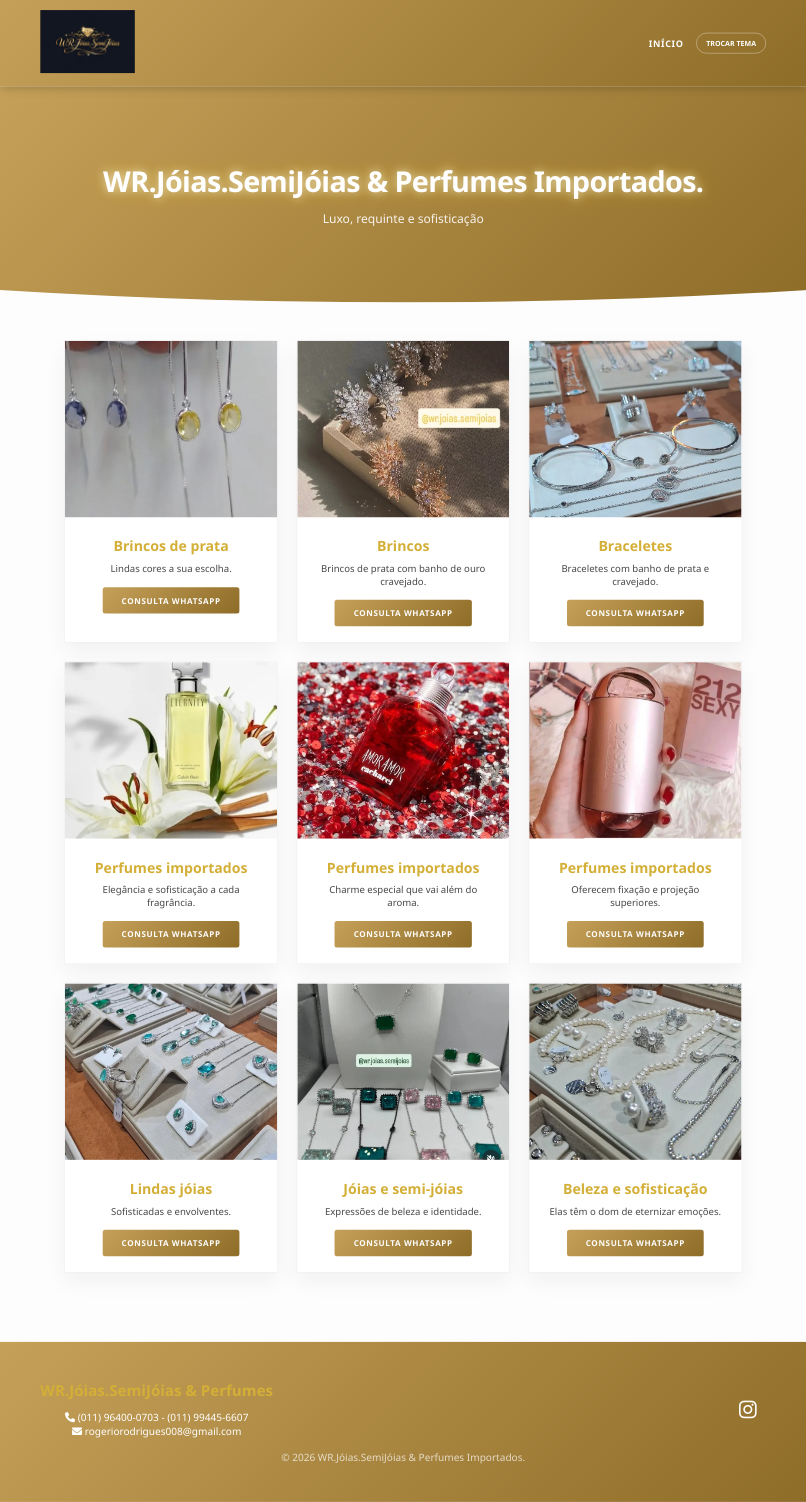
Repository: Sandro1969-tech/joias-perfumes
Page: index.html
These files come from the project's save history. The page is drawn as it stood at one moment and after the next save; the edit follows.
The browser window is 1280 px wide. The pictures show the whole page, at 63% of full size.

Above is the page before, as saved 2026-01-28 18:19:45.

### index.html
<!DOCTYPE html>
<html lang="pt-br">
<head>
    <meta charset="UTF-8">
    <meta name="viewport" content="width=device-width, initial-scale=1.0">
    <title>WR.Jóias.SemiJóias & Perfumes Importados</title>
    <link rel="stylesheet" href="https://cdnjs.cloudflare.com/ajax/libs/font-awesome/6.0.0/css/all.min.css">
    <link rel="shortcut icon" href="assets/image/icone.png" type="image/x-icon">

    <style>
      :root {
        /* PALETA LUXO MODERNA */
        --primary-gradient: linear-gradient(135deg, #c5a059, #8e6d28); /* Dourado Champagne */
        --bg-color: #fdfdfd;
        --text-color: #1a1a1a;
        --card-bg: #ffffff;
        --accent-color: #d4af37;
        --button-hover: #1a1a1a;
      }

        [data-theme="dark"] {
            --bg-color: #0a0a0a;
            --text-color: #e5e5e5;
            --card-bg: #141414;
            --accent-color: #f3cf7a;
            --primary-gradient: linear-gradient(135deg, #2c2c2c, #000000);
        }

        /* RESET E GERAL */
        * {
            margin: 0; padding: 0; box-sizing: border-box;
            transition: background 0.4s ease, color 0.4s ease;
            font-family: 'Segoe UI', Tahoma, sans-serif;
        }

        body {
            background-color: var(--bg-color);
            color: var(--text-color);
        }

        /* HEADER E MENU */
        header {
            background: var(--primary-gradient);
            padding: 1rem 5%;
            display: flex;
            justify-content: space-between;
            align-items: center;
            position: sticky; top: 0; z-index: 1000;
            box-shadow: 0 4px 15px rgba(0,0,0,0.2);
        }

        .hero h1 {
          animation: pulse 1.5s infinite, glow 2s infinite;
        }

        /* Efeito de pulsar (escala) */
        @keyframes pulse {
          0% { transform: scale(1); }
          50% { transform: scale(1.02); }
          100% { transform: scale(1); }
        }

        /* Efeito de brilho pulsante moderno */
        @keyframes glow {
          0% { text-shadow: 0 0 5px rgba(255,255,255,0.3), 0 0 10px var(--accent-color); }
          50% { text-shadow: 0 0 15px rgba(255,255,255,0.6), 0 0 25px var(--accent-color); }
          100% { text-shadow: 0 0 5px rgba(255,255,255,0.3), 0 0 10px var(--accent-color); }
        }

        .logo img { height: 100px; }

        .nav-container { display: flex; align-items: center; gap: 20px; }

        .nav-links { display: flex; list-style: none; gap: 20px; }

        .nav-links a {
            color: white; text-decoration: none; font-weight: bold;
            transition: 0.3s;
            text-transform: uppercase;
            letter-spacing: 1px;
            font-size: 0.9rem;
        }
        .nav-links a:hover { color: var(--accent-color); }

        /* BOTÃO TEMA */
        #theme-toggle {
            background: rgba(255, 255, 255, 0);
            border: 1px solid rgba(255,255,255,0.5);
            color: white;
            padding: 8px 15px;
            border-radius: 20px;
            cursor: pointer;
            font-weight: bold;
            text-transform: uppercase;
            font-size: 0.7rem;
        }

        /* HERO SECTION */
        .hero {
            text-align: center;
            padding: 120px 20px;
            background: var(--primary-gradient);
            color: white;
            clip-path: ellipse(150% 100% at 50% 0%);
        }

        .hero h1 { font-size: 2.8rem; margin-bottom: 15px; letter-spacing: -1px; }
        .hero p { opacity: 0.9; font-weight: 300; font-size: 1.2rem; }

        /* GRID DE 3 COLUNAS */
        .destinos-container {
            display: grid;
            grid-template-columns: repeat(3, 1fr);
            gap: 30px;
            padding: 60px 8%;
            max-width: 1400px;
            margin: 0 auto;
        }

        .card {
            background: var(--card-bg);
            border-radius: 2px; /* Bordas mais retas passam mais luxo */
            overflow: hidden;
            box-shadow: 0 15px 35px rgba(0,0,0,0.05);
            border: 1px solid rgba(0,0,0,0.05);
            transition: transform 0.4s ease, box-shadow 0.4s ease;
        }

        .card:hover {
            transform: translateY(-12px);
            box-shadow: 0 20px 40px rgba(0,0,0,0.1);
        }

        .card img { width: 100%; height: 280px; object-fit: cover; }

        .card-content { padding: 25px; text-align: center; }
        .card-content h3 { margin-bottom: 10px; color: var(--accent-color); font-size: 1.4rem; }
        .card-content p { font-size: 0.95rem; opacity: 0.8; }

        /* BOTÕES */
        .btn-reserva {
            display: inline-block;
            margin-top: 20px;
            padding: 12px 30px;
            background: var(--primary-gradient);
            color: white;
            text-decoration: none;
            border-radius: 4px;
            font-weight: bold;
            text-transform: uppercase;
            font-size: 0.8rem;
            letter-spacing: 1px;
            transition: all 0.4s cubic-bezier(0.175, 0.885, 0.32, 1.275);
        }

        .btn-reserva:hover {
            background: var(--button-hover);
            transform: scale(1.05);
            box-shadow: 0 8px 20px rgba(142, 109, 40, 0.3);
        }

        /* RODAPÉ */
        footer {
            background: var(--primary-gradient);
            color: white;
            padding: 60px 5%;
            text-align: center;
            margin-top: 50px;
        }

        .footer-content {
            display: flex; justify-content: space-between;
            align-items: center; flex-wrap: wrap; gap: 30px;
        }

        .footer-info h2 { font-size: 1.5rem; margin-bottom: 15px; color: var(--accent-color); }

        .social-icon {
            color: white; font-size: 2rem; margin: 0 15px;
            transition: 0.4s; display: inline-block;
        }
        .social-icon:hover { transform: translateY(-8px); color: var(--accent-color); }

        /* RESPONSIVIDADE */
        @media (max-width: 1024px) { .destinos-container { grid-template-columns: repeat(2, 1fr); } }
        @media (max-width: 768px) {
            .destinos-container { grid-template-columns: 1fr; }
            .nav-links { display: none; }
        }
    </style>
</head>
<body>

    <header>
        <div class="logo">
            <img src="assets/image/logo.png" alt="WR Jóias">
        </div>
        <nav class="nav-container">
            <ul class="nav-links">
                <li><a href="#">Início</a></li>
            </ul>
            <button id="theme-toggle">Trocar Tema</button>
        </nav>
    </header>

    <section class="hero">
        <h1>WR.Jóias.SemiJóias & Perfumes Importados.</h1>
        <p>Luxo, requinte e sofisticação</p>
    </section>

    <main class="destinos-container">
        <div class="card">
            <img src="assets/image/joia1.png" alt="Brincos">
            <div class="card-content">
                <h3>Brincos de prata</h3>
                <p>Lindas cores a sua escolha.</p>
                <a href="#" class="btn-reserva">Consulta whatsapp</a>
            </div>
        </div>
        <div class="card">
            <img src="assets/image/joia4.png" alt="Brincos">
            <div class="card-content">
                <h3>Brincos</h3>
                <p>Brincos de prata com banho de ouro cravejado.</p>
                <a href="#" class="btn-reserva">Consulta whatsapp</a>
            </div>
        </div>
        <div class="card">
            <img src="assets/image/joia5.png" alt="Bracelete">
            <div class="card-content">
                <h3>Braceletes</h3>
                <p>Braceletes com banho de prata e cravejado.</p>
                <a href="#" class="btn-reserva">Consulta whatsapp</a>
            </div>
        </div>
        <div class="card">
            <img src="assets/image/eternity.png" alt="Perfume">
            <div class="card-content">
                <h3>Perfumes importados</h3>
                <p>Elegância e sofisticação a cada fragrância.</p>
                <a href="#" class="btn-reserva">Consulta whatsapp</a>
            </div>
        </div>
        <div class="card">
            <img src="assets/image/cacharrel.png" alt="Perfume">
            <div class="card-content">
                <h3>Perfumes importados</h3>
                <p>Charme especial que vai além do aroma.</p>
                <a href="#" class="btn-reserva">Consulta whatsapp</a>
            </div>
        </div>
        <div class="card">
            <img src="assets/image/sexy.png" alt="Perfume">
            <div class="card-content">
                <h3>Perfumes importados</h3>
                <p>Oferecem fixação e projeção superiores.</p>
                <a href="#" class="btn-reserva">Consulta whatsapp</a>
            </div>
        </div>

        <div class="card">
            <img src="assets/image/joia7.png" alt="joias">
            <div class="card-content">
                <h3>Lindas jóias</h3>
                <p>Sofisticadas e envolventes.</p>
                <a href="#" class="btn-reserva">Consulta whatsapp</a>
            </div>
        </div>

        <div class="card">
            <img src="assets/image/joia8.png" alt="joias">
            <div class="card-content">
                <h3>Jóias e semi-jóias</h3>
                <p>Expressões de beleza e identidade.</p>
                <a href="#" class="btn-reserva">Consulta whatsapp</a>
            </div>
        </div>

        <div class="card">
            <img src="assets/image/perola.png" alt="joias">
            <div class="card-content">
                <h3>Beleza e sofisticação</h3>
                <p>Elas têm o dom de eternizar emoções.</p>
                <a href="#" class="btn-reserva">Consulta whatsapp</a>
            </div>
        </div>
    </main>

    <footer>
        <div class="footer-content">
            <div class="footer-info">
                <h2>WR.Jóias.SemiJóias & Perfumes</h2>
                <p><i class="fas fa-phone"></i> (011) 96400-0703 - (011) 99445-6607</p>
                <p><i class="fas fa-envelope"></i> rogeriorodrigues008@gmail.com</p>
            </div>
            <div class="footer-socials">
                <a href="https://www.instagram.com/wr.joias.semijoias?igsh=MTc0eHdubjJiMHdxeQ==" class="social-icon"><i class="fab fa-instagram"></i></a>
            </div>
        </div>
        <p style="margin-top:20px; opacity:0.7;">&copy; 2026 WR.Jóias.SemiJóias & Perfumes Importados.</p>
    </footer>

    <script>
        const themeBtn = document.getElementById('theme-toggle');
        const body = document.body;

        themeBtn.onclick = () => {
            if (body.hasAttribute('data-theme')) {
                body.removeAttribute('data-theme');
                localStorage.setItem('theme', 'light');
                themeBtn.innerText = "Trocar Tema";
            } else {
                body.setAttribute('data-theme', 'dark');
                localStorage.setItem('theme', 'dark');
                themeBtn.innerText = "Modo Claro";
            }
        };

        if (localStorage.getItem('theme') === 'dark') {
            body.setAttribute('data-theme', 'dark');
            themeBtn.innerText = "Modo Claro";
        }
    </script>
</body>
</html>

After the next save:
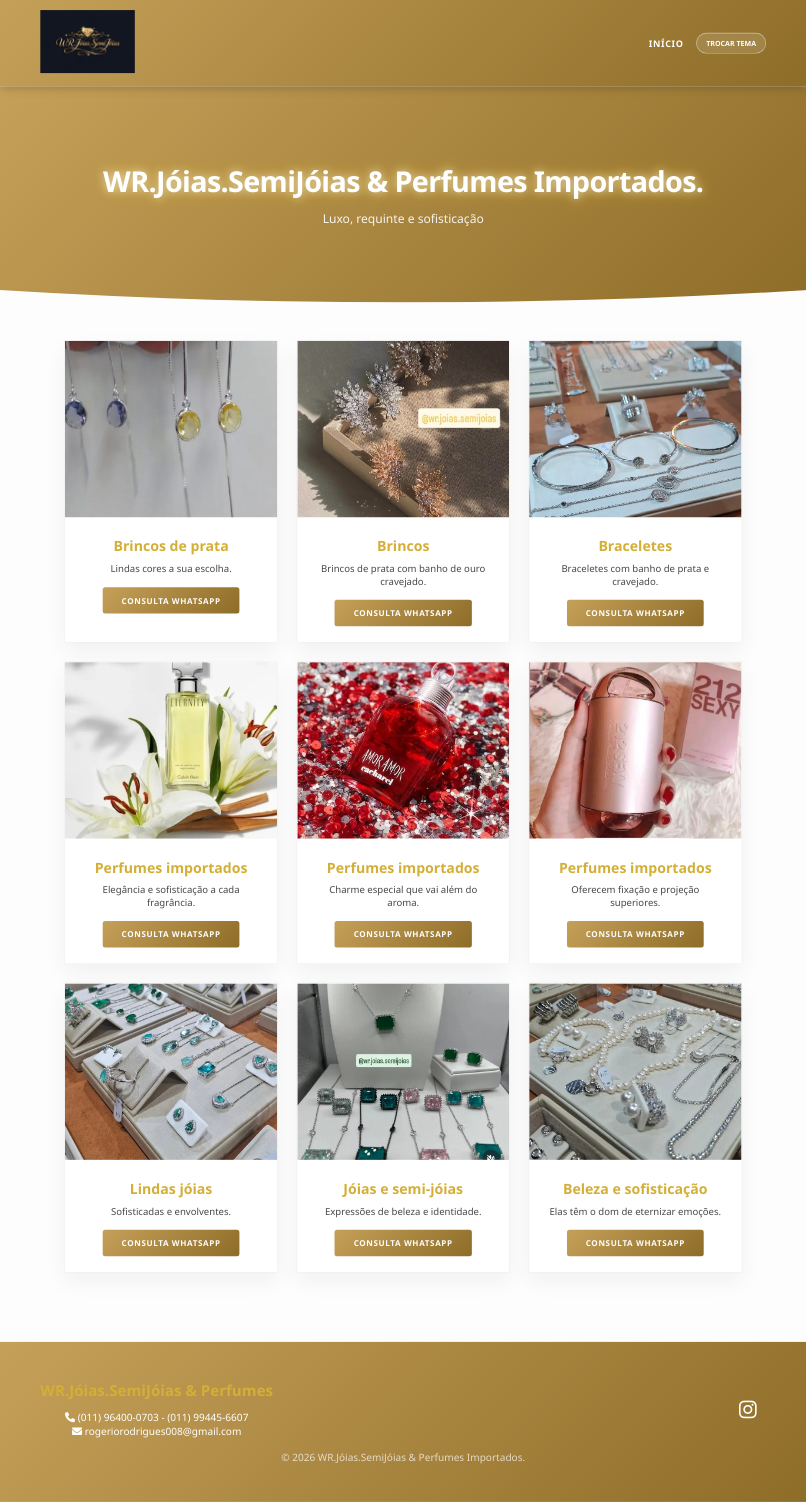
Saved 26 s later.
--- a/index.html
+++ b/index.html
@@ -84,7 +84,7 @@
 
         /* BOTÃO TEMA */
         #theme-toggle {
-            background: rgba(255, 255, 255, 0);
+            background: rgba(255, 255, 255, 0.13);
             border: 1px solid rgba(255,255,255,0.5);
             color: white;
             padding: 8px 15px;
